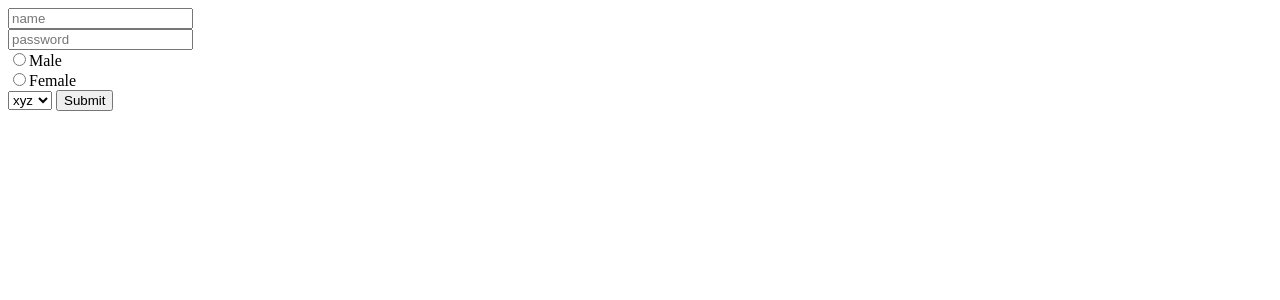
Repository: sauran/SapientTraining
Page: WebDemo/WebContent/ControlDemo.html
The author's editor kept a copy of each file at every save. The page is drawn from the files as they stood at one save, then again after the next save.
The browser window is 1280 px wide. The pictures show the whole page.

Above is the page before, as saved 2015-09-17 08:54:06.

### WebDemo/WebContent/ControlDemo.html
<!DOCTYPE html>
<html>
<head>
<meta charset="ISO-8859-1">
<title>Insert title here</title>
</head>
<body>
<form name="loginForm" method="post" action="Demo.html">
<input type="text"  name = "name"   placeholder= "name"><br>
 <input type="password" name="password" placeholder = "password"><br>
<input  type = "radio"   name = "sex"  value= "male">Male<br>
<input  type = "radio"   name = "sex"  value= "female">Female<br>
<select name = "cars">

<option value = "xzy">xyz</option>
<option value = "abc">abc</option>
<option value = "pqr">pqr</option>

</select>

<input  type = "submit"  name = "click"  >


</form>
</body>
</html>

After the next save:
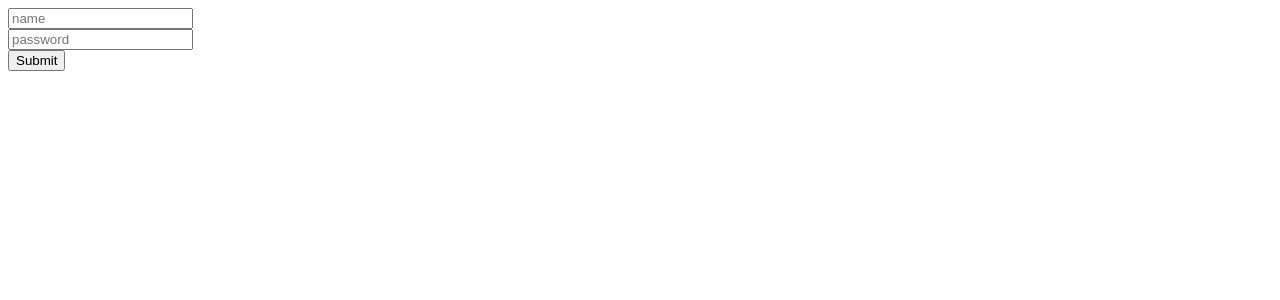
Saved 91 s later.
--- a/WebDemo/WebContent/ControlDemo.html
+++ b/WebDemo/WebContent/ControlDemo.html
@@ -8,15 +8,8 @@
 <form name="loginForm" method="post" action="Demo.html">
 <input type="text"  name = "name"   placeholder= "name"><br>
  <input type="password" name="password" placeholder = "password"><br>
-<input  type = "radio"   name = "sex"  value= "male">Male<br>
-<input  type = "radio"   name = "sex"  value= "female">Female<br>
-<select name = "cars">
 
-<option value = "xzy">xyz</option>
-<option value = "abc">abc</option>
-<option value = "pqr">pqr</option>
 
-</select>
 
 <input  type = "submit"  name = "click"  >
 
